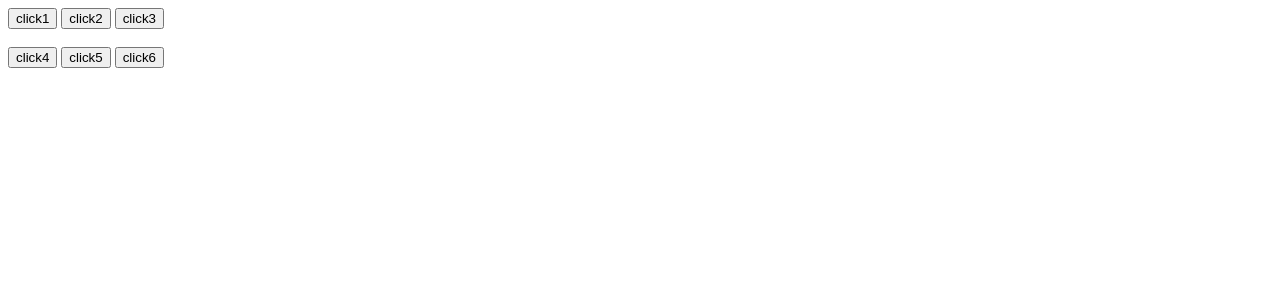
Repository: hong-bi/JsonStudy
Page: JsonApp01/WebContent/JsonTest10.html
The author's editor kept a copy of each file at every save. The page is drawn from the files as they stood at one save, then again after the next save.
The browser window is 1280 px wide. The pictures show the whole page.

Above is the page before, as saved 2019-05-31 06:44:39.

### JsonApp01/WebContent/JsonTest10.html
<meta charset="UTF-8">
<script type="text/javascript">

	var obj6 =
	[
		"test"
	]

	var obj6_1 =
	[
		"test","test2"
	]

	var obj6_2 =
	[
		"test","test2",123, 123+1
	]


</script>

<form>

	<input type="button" value="click1" onclick="alert(obj6)">
	<input type="button" value="click2" onclick="alert(obj6_1)">
	<input type="button" value="click3" onclick="alert(obj6_2)">

	<br><br>

	<input type="button" value="click4" onclick="alert(typeof obj6)">
	<input type="button" value="click5" onclick="alert(typeof obj6_1)">
	<input type="button" value="click6" onclick="alert(typeof obj6_2)">

</form>

After the next save:
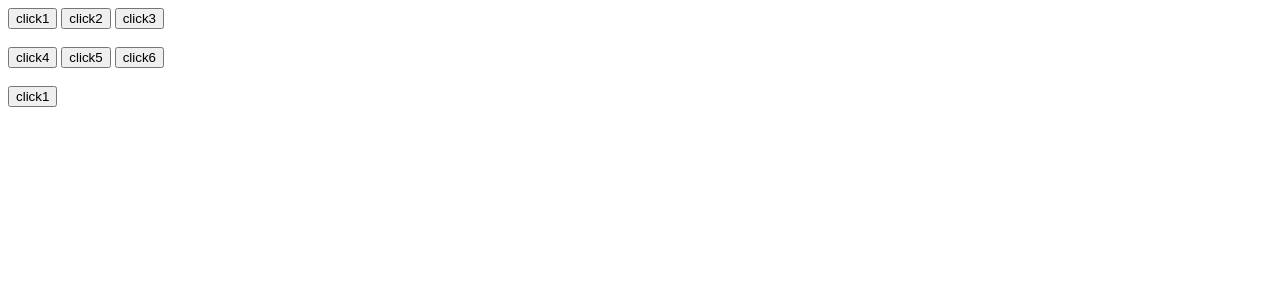
Saved 2 min 51 s later.
--- a/JsonApp01/WebContent/JsonTest10.html
+++ b/JsonApp01/WebContent/JsonTest10.html
@@ -30,5 +30,8 @@
 	<input type="button" value="click4" onclick="alert(typeof obj6)">
 	<input type="button" value="click5" onclick="alert(typeof obj6_1)">
 	<input type="button" value="click6" onclick="alert(typeof obj6_2)">
+	<br><br>
+
+	<input type="button" value="click1" onclick="alert(obj6[0])">
 
 </form>
